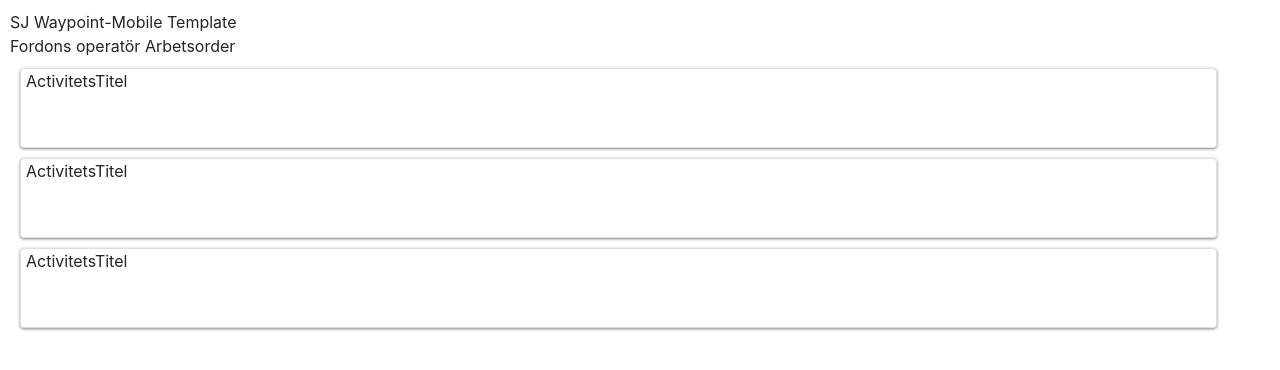
Repository: AdrianaLarsson/yarn-next-typescript
Page: /
The author's editor kept a copy of each file at every save. The page is drawn from the files as they stood at one save, then again after a run of saves.
The browser window is 1280 px wide. The pictures show the whole page.
The project was rebuilt for these pictures with package versions that can differ from the ones it lists, and the page was loaded fresh each time. The framework's server and built-in components were replaced by stand-ins that run in the browser.

Above is the page before, as saved 2021-02-28 11:22:35.

### pages/_app.tsx
// Functionality
import type { AppProps } from 'next/app';
import Head from 'next/head';

// Styling
import 'bootstrap/dist/css/bootstrap.min.css';
import GlobalStyle from '../styles/Globals';
import { sjTheme } from '../styles/Theme';
import { ThemeProvider } from 'styled-components';

// Utils
import GlobalContext from '../components/particles/GlobalContext';

function MyApp({ Component, pageProps }: AppProps): JSX.Element {
  return (
    <>
      <Head>
        <title>SJ Template uhdiuasuasuash</title>
        <meta
          name="viewport"
          content="initial-scale=1.0, width=device-width"
          key="viewport"
        />
        <link rel="favicon" href="/favicon.ico" />
      </Head>
      <GlobalStyle />
      <ThemeProvider theme={sjTheme}>
        <GlobalContext.Provider value={'Context test value'}>
          <Component {...pageProps} />
        </GlobalContext.Provider>
      </ThemeProvider>
    </>
  );
}

export default MyApp;

### pages/index.tsx
// Functionality
import { GetServerSideProps, GetServerSidePropsContext } from 'next';
import VehicleOpreator from '../components/WorkOrderVehicleOperator/vehicleopreator';
import GlobalStyle from '../styles/Globals'
interface serverSideProps {
  dummyPropsValue: string;
}

const Index = (props: serverSideProps): JSX.Element => {
  return (
    <div>
      <main>
        <div>SJ Waypoint-Mobile Template</div>
        <VehicleOpreator/>
        <div>
        </div>
      </main>
    </div>
  );
};

export const getServerSideProps: GetServerSideProps = async (
  context: GetServerSidePropsContext
) => {
  return {
    props: {
      dummyPropsValue: context.resolvedUrl
    }
  };
};

export default Index;

### styles/Globals.ts
import { createGlobalStyle } from 'styled-components';

export default createGlobalStyle`
    body,
    container {
      padding: 10px;
      display: center;
      flex-direction: column;
      align-items: center;
    },
    html {
        padding: 0;
        margin: 0;
        font-family: "-apple-system", "BlinkMacSystemFont", "Segoe UI", "Roboto",
            "Oxygen", "Ubuntu", "Cantarell", "Fira Sans", "Droid Sans", "Helvetica Neue",
            "sans-serif";
        height: 1px;
        margin: auto;
    }
    a {
        color: inherit;
        text-decoration: none;
    }
    * {
        -webkit-box-sizing: border-box;
        box-sizing: border-box;
    }
`;

### styles/Theme.ts
import { DefaultTheme } from 'styled-components';

const sjTheme: DefaultTheme = {
  colors: {
    main: 'black',
    secondary: 'gray'
  }
};

export { sjTheme };

### components/particles/GlobalContext.tsx
import { createContext } from 'react';

const GlobalContext = createContext(null);

export default GlobalContext;

### components/WorkOrderVehicleOperator/vehicleopreator.tsx
import React from 'react'
import StyledCard from '../organisms/Card/Card'

function vehicleOpreator() {
    return (
        <div>
            Fordons operatör Arbetsorder
         <StyledCard>
             ActivitetsTitel
         </StyledCard>
         <StyledCard>
             ActivitetsTitel
         </StyledCard>
         <StyledCard>
             ActivitetsTitel
         </StyledCard>
        </div>
    )
}

export default vehicleOpreator

### components/organisms/Card/Card.tsx
//Components
import Card from 'react-bootstrap/Card';
//Packages
import styled from 'styled-components/'

const StyledCard = styled(Card)`
display: flex;
height: 5em;
width: 95%;
margin: 10px;
padding-left: 5px;
background-color: rgba(0,0,0,0.0);
box-shadow: 0 1px 3px 0 rgba(1.9, 10, 1, 0.5);
border-radius: 4px;

`;
export default StyledCard;

After the next 2 saves:
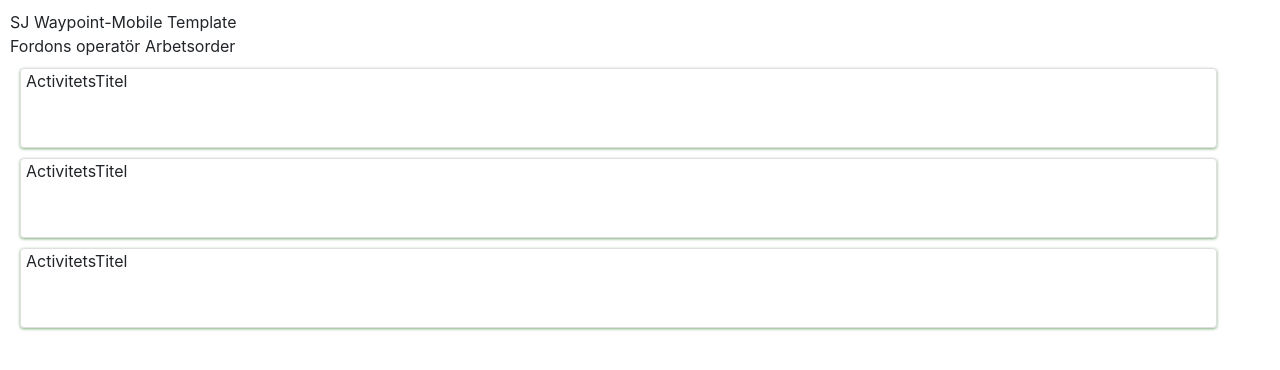
The 2 saves are shown as one change because they came seconds apart.
The last was saved 8 s later.
--- a/components/organisms/Card/Card.tsx
+++ b/components/organisms/Card/Card.tsx
@@ -10,7 +10,7 @@ width: 95%;
 margin: 10px;
 padding-left: 5px;
 background-color: rgba(0,0,0,0.0);
-box-shadow: 0 1px 3px 0 rgba(1.9, 10, 1, 0.5);
+box-shadow: 0 1px 3px 0 rgba(1.9, 100, 1, 0.5);
 border-radius: 4px;
 
 `;
